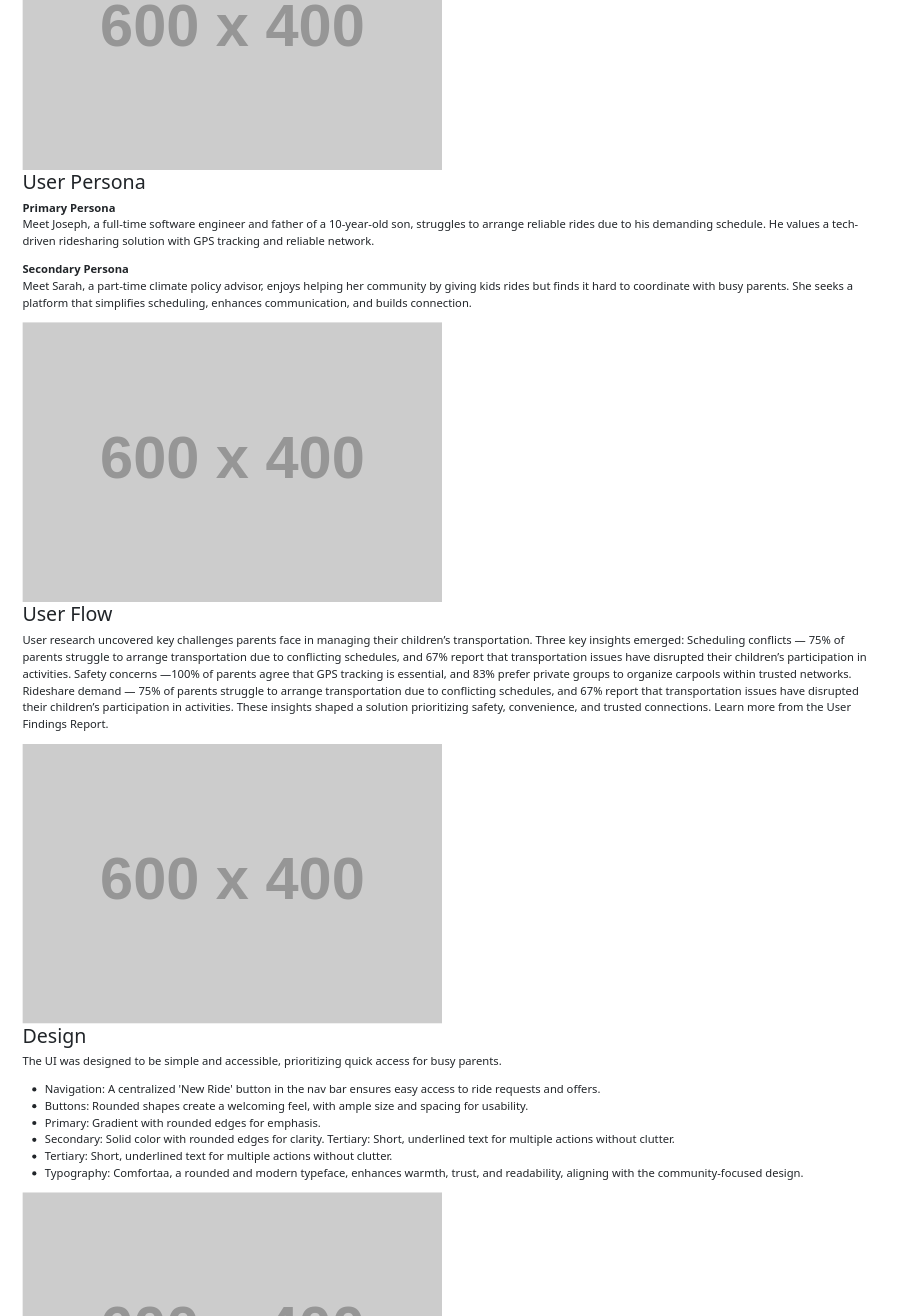
Repository: Vanessahyc/vanessa-portfolio
Page: /relay
These files come from the project's save history. The page is drawn as it stood at one moment and after the next save; the edit follows.
The browser window is 1280 px wide. The page is 1312 px wide, so the pictures cover 1312 px, including what lies to the right of the window. The pictures show the part of the page from y = 965 to 2845 px (the page is 3085 px tall before and 3191 px after), at 70% of full size.
The project was rebuilt for these pictures with package versions that can differ from the ones it lists, and the page was loaded fresh each time. The framework's server and built-in components were replaced by stand-ins that run in the browser. Also part of the build but not shown: next.config.mjs.

Above is the page before, as saved 2025-02-09 16:19:41.

After the next save:
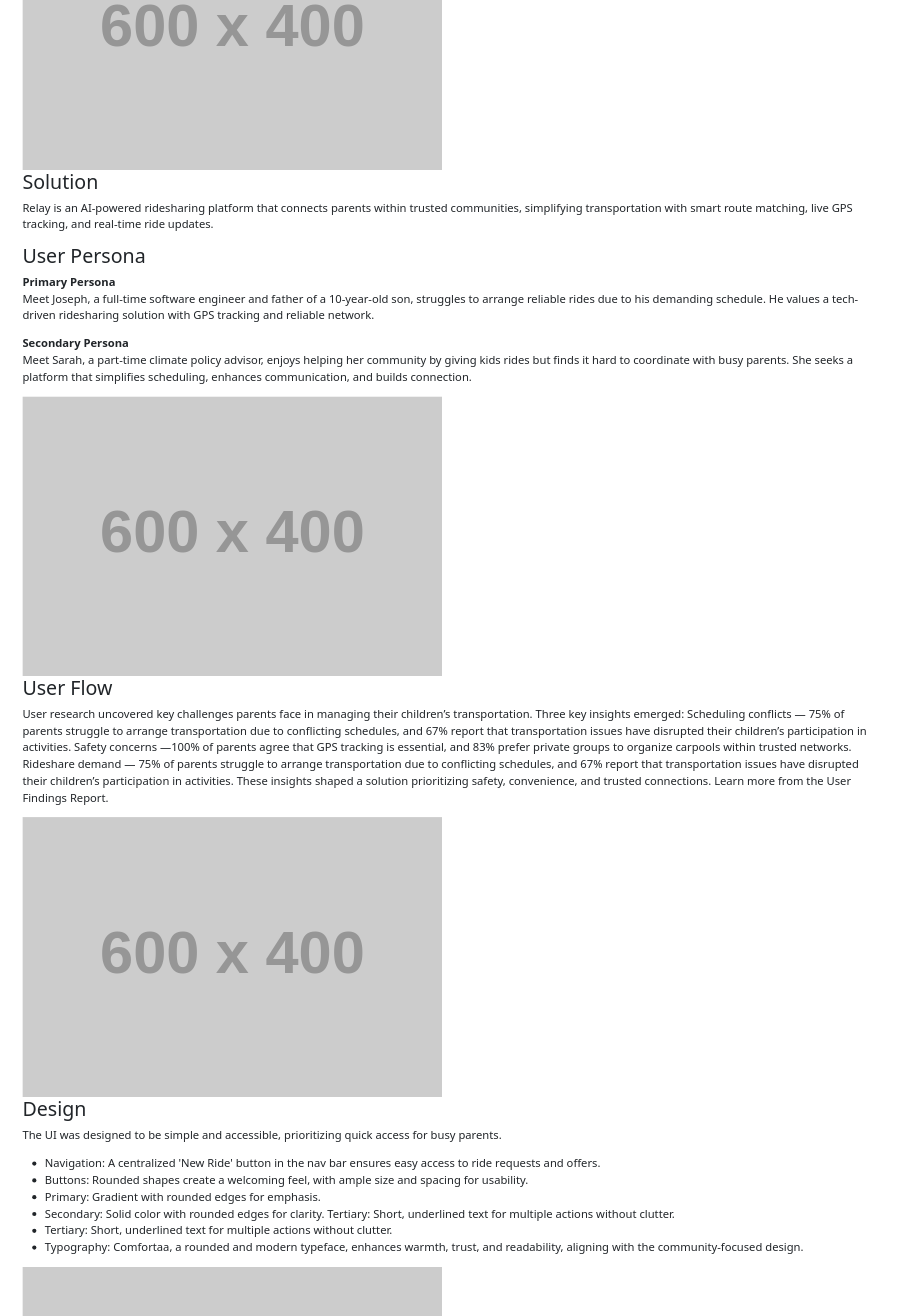
Saved 3 min 16 s later.
--- a/src/app/relay/page.js
+++ b/src/app/relay/page.js
@@ -14,7 +14,7 @@ export default function Relay() {
       <Header />
       <main className={styles.mainContainer}>
         <section className={styles.projectSection}>
-          <img src="/relay-images/relay_landing.png" alt="relay app mockup"/>
+          <img src="/relay-images/relay_landing.png" alt="relay app mockup" />
           <div className={styles.projectInfo}>
             <h2>Relay</h2>
             <h3>App Design</h3>
@@ -51,11 +51,23 @@ export default function Relay() {
             </p>
             <img src="https://placehold.co/600x400" alt="placeholder image" />
           </div>
+          <div>
+            <h3>Solution</h3>
+            <p>
+              Relay is an AI-powered ridesharing platform that connects parents
+              within trusted communities, simplifying transportation with smart
+              route matching, live GPS tracking, and real-time ride updates.
+            </p>
+          </div>
+        </section>
+        <section className={styles.subSection}>
           <div className={styles.subContainer}>
             <div>
               <h3>User Persona</h3>
               <figure>
-                <figcaption><strong>Primary Persona</strong></figcaption>
+                <figcaption>
+                  <strong>Primary Persona</strong>
+                </figcaption>
                 <p>
                   Meet Joseph, a full-time software engineer and father of a
                   10-year-old son, struggles to arrange reliable rides due to
@@ -64,7 +76,9 @@ export default function Relay() {
                 </p>
               </figure>
               <figure>
-                <figcaption><strong>Secondary Persona</strong></figcaption>
+                <figcaption>
+                  <strong>Secondary Persona</strong>
+                </figcaption>
                 <p>
                   Meet Sarah, a part-time climate policy advisor, enjoys helping
                   her community by giving kids rides but finds it hard to
